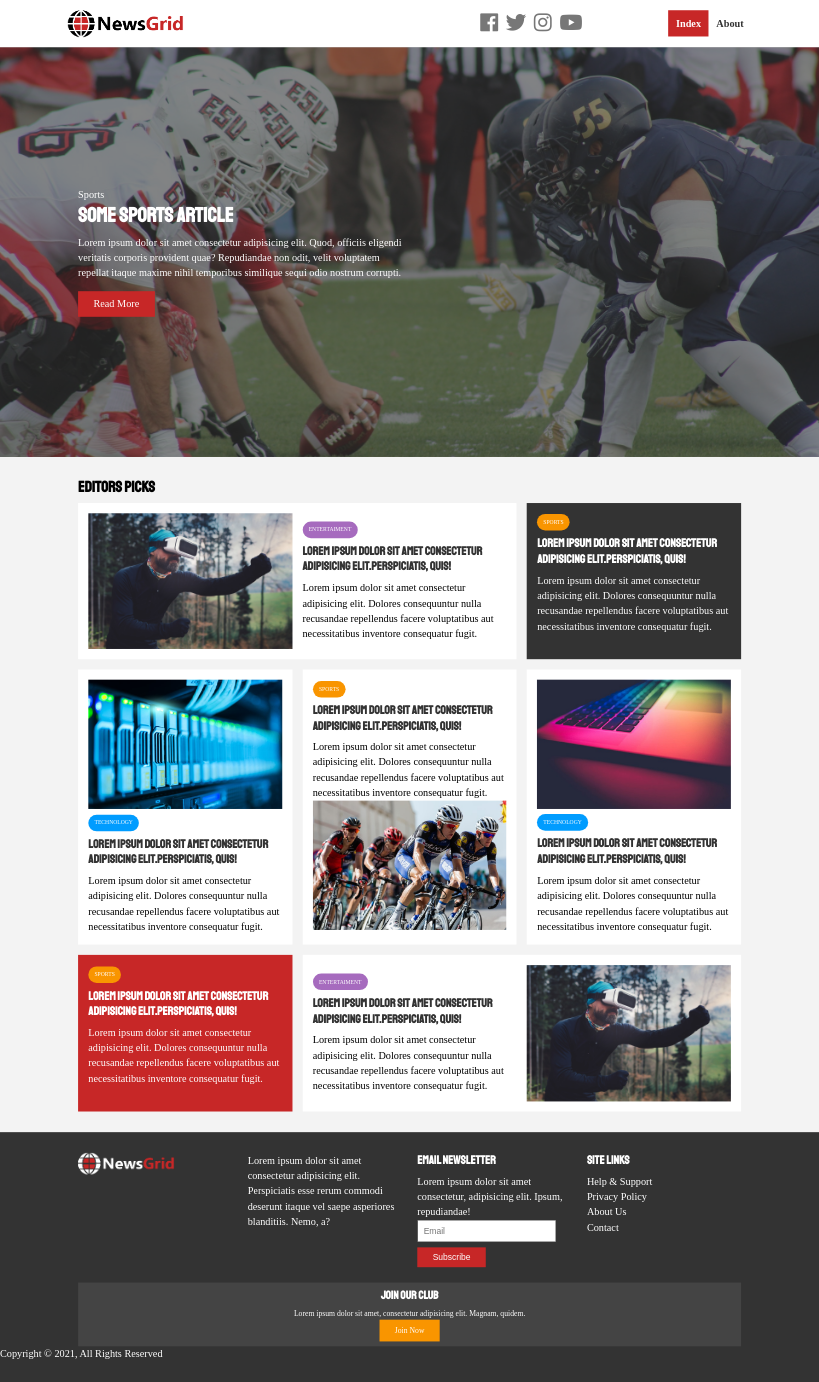
Repository: minhtien9/newsgrid
Page: index.html
An editor plug-in stored every save of this project. The page is shown before and after the next save, followed by the edit.
The browser window is 1280 px wide. The pictures show the whole page, at 64% of full size.
Some web libraries are served in a nearby version.

Above is the page before, as saved 2021-08-25 22:58:01.

### index.html
<!DOCTYPE html>
<html lang="en">
  <head>
    <meta charset="UTF-8" />
    <meta name="viewport" content="width=device-width, initial-scale=1.0" />
    <meta http-equiv="X-UA-Compatible" content="ie=edge" />
    <link
      rel="stylesheet"
      href="https://use.fontawesome.com/releases/v5.6.3/css/all.css"
      integrity="sha384-UHRtZLI+pbxtHCWp1t77Bi1L4ZtiqrqD80Kn4Z8NTSRyMA2Fd33n5dQ8lWUE00s/"
      crossorigin="anonymous"
    />
    <link
      href="https://fonts.googleapis.com/css2?family=Lato&family=Staatliches&display=swap"
      rel="stylesheet"
    />
    <link rel="stylesheet" href="css/style.css" />
    <link
      rel="stylesheet"
      media="screen and (max-width: 768px)"
      href="css/mobile.css"
    />
    <link rel="shortcut icon" type="image/x-icon" href="favicon.ico" />
    <title>NewsGrid | Latest News</title>
  </head>

  <body>
    <nav id="main-nav">
      <div class="container">
        <img src="img/logo.png" alt="NewsGrid" class="logo" />
        <div class="social">
          <a href="http://facebook.com" target="_blank"
            ><i class="fab fa-facebook fa-2x"></i
          ></a>
          <a href="http://twitter.com" target="_blank"
            ><i class="fab fa-twitter fa-2x"></i
          ></a>
          <a href="http://instagram.com" target="_blank"
            ><i class="fab fa-instagram fa-2x"></i
          ></a>
          <a href="http://youtube.com" target="_blank"
            ><i class="fab fa-youtube fa-2x"></i
          ></a>
        </div>
        <ul>
          <li><a class="current" href="index.html">Index</a></li>
          <li><a href="about.html">About</a></li>
        </ul>
      </div>
    </nav>

    <!-- Showcase -->
    <header id="showcase">
      <div class="container">
        <div class="showcase-container">
          <div class="showcase-content">
            <div class="categogy catogory-sports">Sports</div>
            <h1>Some Sports Article</h1>
            <p>
              Lorem ipsum dolor sit amet consectetur adipisicing elit. Quod,
              officiis eligendi veritatis corporis provident quae? Repudiandae
              non odit, velit voluptatem repellat itaque maxime nihil temporibus
              similique sequi odio nostrum corrupti.
            </p>
            <a href="article.html" class="btn btn-primary">Read More</a>
          </div>
        </div>
      </div>
    </header>
    <!-- Home Articles -->
    <section id="home-articles" class="py-2">
      <div class="container">
        <h2>Editors Picks</h2>
        <div class="articles-container">
          <article class="card">
            <img src="img/articles/ent1.jpg" alt="" />
            <div>
              <div class="category category-ent">Entertaiment</div>
              <h3>
                <a href="article.html"
                  >Lorem ipsum dolor sit amet consectetur adipisicing
                  elit.Perspiciatis, quis!</a
                >
              </h3>
              <p>
                Lorem ipsum dolor sit amet consectetur adipisicing elit. Dolores
                consequuntur nulla recusandae repellendus facere voluptatibus
                aut necessitatibus inventore consequatur fugit.
              </p>
            </div>
          </article>
          <article class="card bg-dark">
            <div class="category category-sports">Sports</div>
            <h3>
              <a href="article.html"
                >Lorem ipsum dolor sit amet consectetur adipisicing
                elit.Perspiciatis, quis!</a
              >
            </h3>
            <p>
              Lorem ipsum dolor sit amet consectetur adipisicing elit. Dolores
              consequuntur nulla recusandae repellendus facere voluptatibus aut
              necessitatibus inventore consequatur fugit.
            </p>
          </article>
          <article class="card">
            <img src="img/articles/tech1.jpg" alt="" />
            <div class="category category-tech">Technology</div>
            <h3>
              <a href="article.html"
                >Lorem ipsum dolor sit amet consectetur adipisicing
                elit.Perspiciatis, quis!</a
              >
            </h3>
            <p>
              Lorem ipsum dolor sit amet consectetur adipisicing elit. Dolores
              consequuntur nulla recusandae repellendus facere voluptatibus aut
              necessitatibus inventore consequatur fugit.
            </p>
          </article>
          <article class="card">
            <div class="category category-sports">Sports</div>
            <h3>
              <a href="article.html"
                >Lorem ipsum dolor sit amet consectetur adipisicing
                elit.Perspiciatis, quis!</a
              >
            </h3>
            <p>
              Lorem ipsum dolor sit amet consectetur adipisicing elit. Dolores
              consequuntur nulla recusandae repellendus facere voluptatibus aut
              necessitatibus inventore consequatur fugit.
            </p>
            <img src="img/articles/sports1.jpg" alt="" />
          </article>
          <article class="card">
            <img src="img/articles/tech2.jpg" alt="" />
            <div class="category category-tech">Technology</div>
            <h3>
              <a href="article.html"
                >Lorem ipsum dolor sit amet consectetur adipisicing
                elit.Perspiciatis, quis!</a
              >
            </h3>
            <p>
              Lorem ipsum dolor sit amet consectetur adipisicing elit. Dolores
              consequuntur nulla recusandae repellendus facere voluptatibus aut
              necessitatibus inventore consequatur fugit.
            </p>
          </article>
          <article class="card bg-primary">
            <div class="category category-sports">Sports</div>
            <h3>
              <a href="article.html"
                >Lorem ipsum dolor sit amet consectetur adipisicing
                elit.Perspiciatis, quis!</a
              >
            </h3>
            <p>
              Lorem ipsum dolor sit amet consectetur adipisicing elit. Dolores
              consequuntur nulla recusandae repellendus facere voluptatibus aut
              necessitatibus inventore consequatur fugit.
            </p>
          </article>
          <article class="card">
            <div>
              <div class="category category-ent">Entertaiment</div>
              <h3>
                <a href="article.html"
                  >Lorem ipsum dolor sit amet consectetur adipisicing
                  elit.Perspiciatis, quis!</a
                >
              </h3>
              <p>
                Lorem ipsum dolor sit amet consectetur adipisicing elit. Dolores
                consequuntur nulla recusandae repellendus facere voluptatibus
                aut necessitatibus inventore consequatur fugit.
              </p>
            </div>
            <img src="img/articles/ent1.jpg" alt="" />
          </article>
        </div>
      </div>
    </section>

    <!-- Footer -->
    <footer id="main-footer" class="py-2">
      <div class="container footer-container">
        <img src="img/logo_light.png" alt="NewsGrid" />
        <p>
          Lorem ipsum dolor sit amet consectetur adipisicing elit. Perspiciatis
          esse rerum commodi deserunt itaque vel saepe asperiores blanditiis.
          Nemo, a?
        </p>
        <div>
          <h3>Email NewsLetter</h3>
          <p>
            Lorem ipsum dolor sit amet consectetur, adipisicing elit. Ipsum,
            repudiandae!
          </p>
          <form>
            <input type="email" placeholder="Email" />
            <input type="submit" value="Subscribe" class="btn btn-primary" />
          </form>
        </div>
        <div>
          <h3>Site Links</h3>
          <ul class="list">
            <li><a href="#">Help & Support</a></li>
            <li><a href="#">Privacy Policy</a></li>
            <li><a href="#">About Us</a></li>
            <li><a href="#">Contact</a></li>
          </ul>
        </div>
        <div>
          <h2>Join Our Club</h2>
          <p>
            Lorem ipsum dolor sit amet, consectetur adipisicing elit. Magnam,
            quidem.
          </p>
          <a href="#" class="btn btn-secondary">Join Now</a>
        </div>
      </div>
      <div>
        <p>Copyright &copy; 2021, All Rights Reserved</p>
      </div>
    </footer>
  </body>
</html>

### css/style.css
:root {
  --primary-color: #c72727;
  --secondary-color: #f99500;
  --light-color: #f3f3f3;
  --dark-color: #333;
  --max-width: 1100px;
}

.category {
  --sports-color: #f99500;
  --ent-color: #a66bbe;
  --tech-color: #009cff;
}

* {
  margin: 0;
  padding: 0;
  box-sizing: border-box;
}

body {
  font-family: 'Lato' sans-serif;
  line-height: 1.5;
  background: var(--light-color);
}

a {
  color: #333;
  text-decoration: none;
}

ul {
  list-style: none;
}

img {
  width: 100%;
}

h1,
h2,
h3,
h4,
h5,
h6 {
  font-family: 'Staatliches', cursive;
  margin-bottom: 0.55rem;
  line-height: 1.3;
}

/* Utility */

.container {
  max-width: var(--max-width);
  margin: auto;
  padding: 0 2rem;
  overflow: hidden;
}

.category {
  display: inline-block;
  color: #fff;
  font-size: 0.55rem;
  text-transform: uppercase;
  padding: 0.4rem 0.6rem;
  border-radius: 15px;
  margin-bottom: 0.5rem;
}

.category-sports {
  background: var(--sports-color);
}

.category-ent {
  background: var(--ent-color);
}

.category-tech {
  background: var(--tech-color);
}

.btn {
  display: inline-block;
  border: none;
  background: var(--dark-color);
  color: #fff;
  padding: 0.5rem 1.5rem;
}

.btn-light {
  background: var(--light-color);
}

.btn-primary {
  background: var(--primary-color);
}

.btn-secondary {
  background: var(--secondary-color);
}

.btn:hover {
  opacity: 0.9;
}

.card {
  background: #fff;
  padding: 1rem;
}

.bg-dark {
  background: var(--dark-color);
  color: #fff;
}

.bg-primary {
  background: var(--primary-color);
  color: #fff;
}

.bg-secondary {
  background: var(--secondary-color);
  color: #fff;
}

.bg-dark h1,
.bg-dark h2,
.bg-dark h3,
.bg-dark a,
.bg-primary h1,
.bg-primary h2,
.bg-primary h3,
.bg-primary a,
.bg-secondary h1,
.bg-secondary h2,
.bg-secondary h3,
.bg-secondary a {
  color: #fff;
}

.py-1 {
  padding: 1.5rem 0;
}

.py-2 {
  padding: 2rem 0;
}

.py-3 {
  padding: 3rem 0;
}

.p-1 {
  padding: 1.5rem;
}

.p-2 {
  padding: 2rem;
}

.p-3 {
  padding: 3rem;
}

/* Navigation */

#main-nav {
  background: #fff;
  position: sticky;
  top: 0;
  z-index: 2;
}

#main-nav .container {
  display: grid;
  grid-template-columns: 6fr 3fr 2fr;
  padding: 1rem;
  align-items: center;
}

#main-nav .logo {
  width: 180px;
}

#main-nav ul {
  justify-self: end;
  display: flex;
}

#main-nav ul li a {
  padding: 0.75rem;
  font-weight: bold;
}

#main-nav ul li a.current {
  background: var(--primary-color);
  color: #fff;
}

#main-nav ul li a:hover {
  background: var(--light-color);
  color: var(--dark-color);
}

#main-nav .social {
  justify-self: center;
}

#main-nav .social i {
  color: #777;
  margin-right: 0.5rem;
}

/* Showcase */

#showcase {
  color: #fff;
  background: #333;
  padding: 2rem;
  position: relative;
}

#showcase:before {
  content: '';
  background: url('../img/featured.jpg') no-repeat center center/cover;
  position: absolute;
  top: 0;
  left: 0;
  width: 100%;
  height: 100%;
  opacity: 0.4;
}

#showcase .showcase-container {
  display: grid;
  grid-template-columns: repeat(2, 1fr);
  justify-content: center;
  align-items: center;
  height: 80vh;
}

#showcase .showcase-content {
  z-index: 1;
}

#showcase .showcase-content p {
  margin-bottom: 1rem;
}

/* Home Articles */

#home-articles .articles-container {
  display: grid;
  grid-template-columns: repeat(3, 1fr);
  grid-gap: 1rem;
}

#home-articles .articles-container > *:first-child,
#home-articles .articles-container > *:last-child {
  display: grid;
  grid-template-columns: repeat(2, 1fr);
  grid-gap: 1rem;
  grid-column: 1 / span 2;
  align-items: center;
}

#home-articles .articles-container > *:last-child {
  grid-column: 2 / span 2;
}

/* Footer */

#main-footer {
  background: var(--dark-color);
  color: #fff;
}

#main-footer img {
  width: 150px;
}
#main-footer a {
  color: #fff;
}
#main-footer .footer-container {
  display: grid;
  grid-template-columns: repeat(4, 1fr);
  grid-gap: 1.5rem;
}
#main-footer .footer-container > *:last-child {
  background: #444;
  grid-column: 1 / span 4;
  padding: 0.5rem;
  text-align: center;
  font-size: 0.75rem;
}
#main-footer .footer-container input[type='email'] {
  width: 90%;
  padding: 0.5rem;
  margin-bottom: 0.5rem;
}

Loaded but not shown: css/mobile.css (no stored copy; drawn as an empty file)

After the next save:
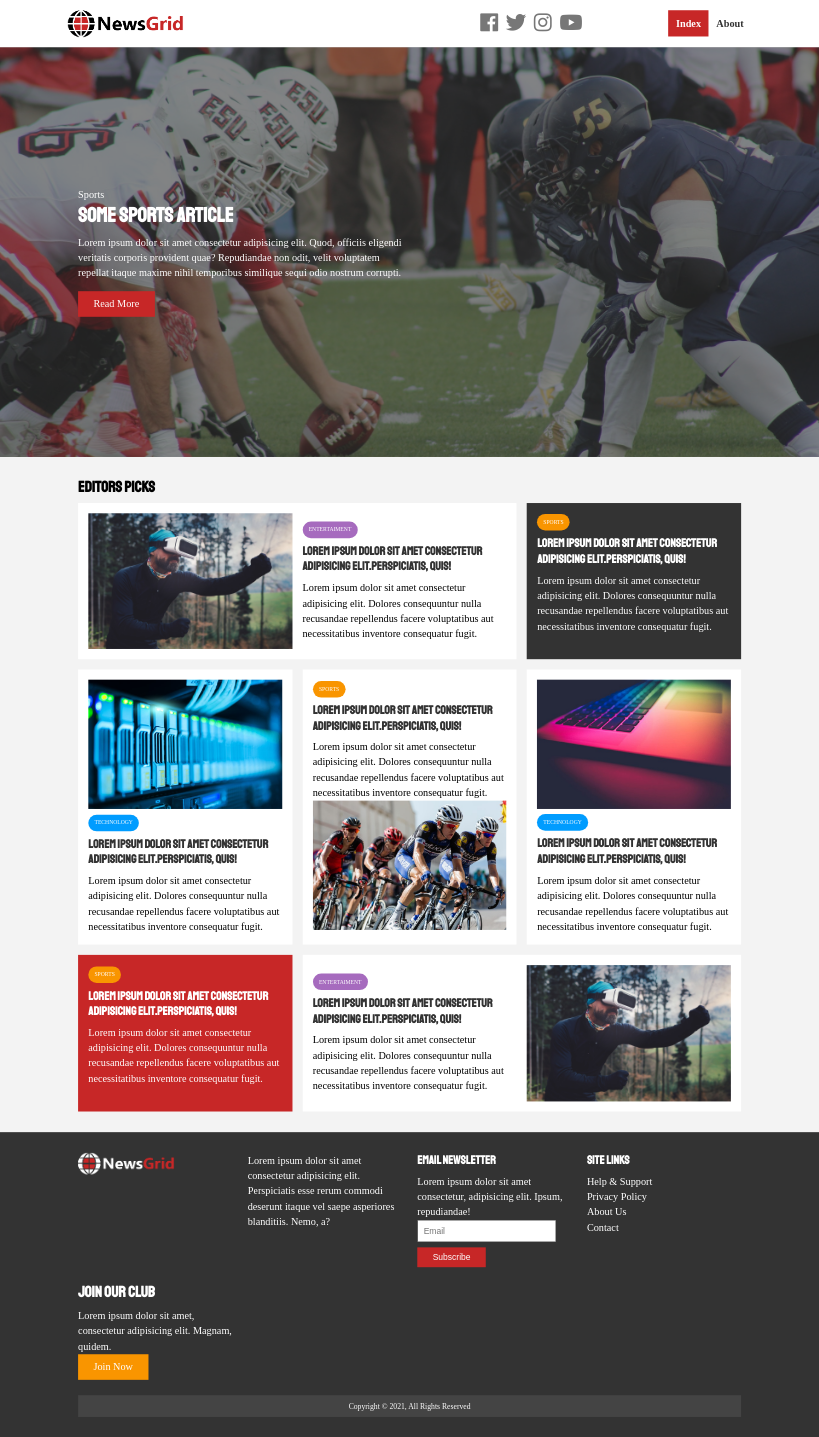
Saved 45 s later.
--- a/index.html
+++ b/index.html
@@ -220,9 +220,9 @@
           </p>
           <a href="#" class="btn btn-secondary">Join Now</a>
         </div>
-      </div>
-      <div>
-        <p>Copyright &copy; 2021, All Rights Reserved</p>
+        <div>
+          <p>Copyright &copy; 2021, All Rights Reserved</p>
+        </div>
       </div>
     </footer>
   </body>
